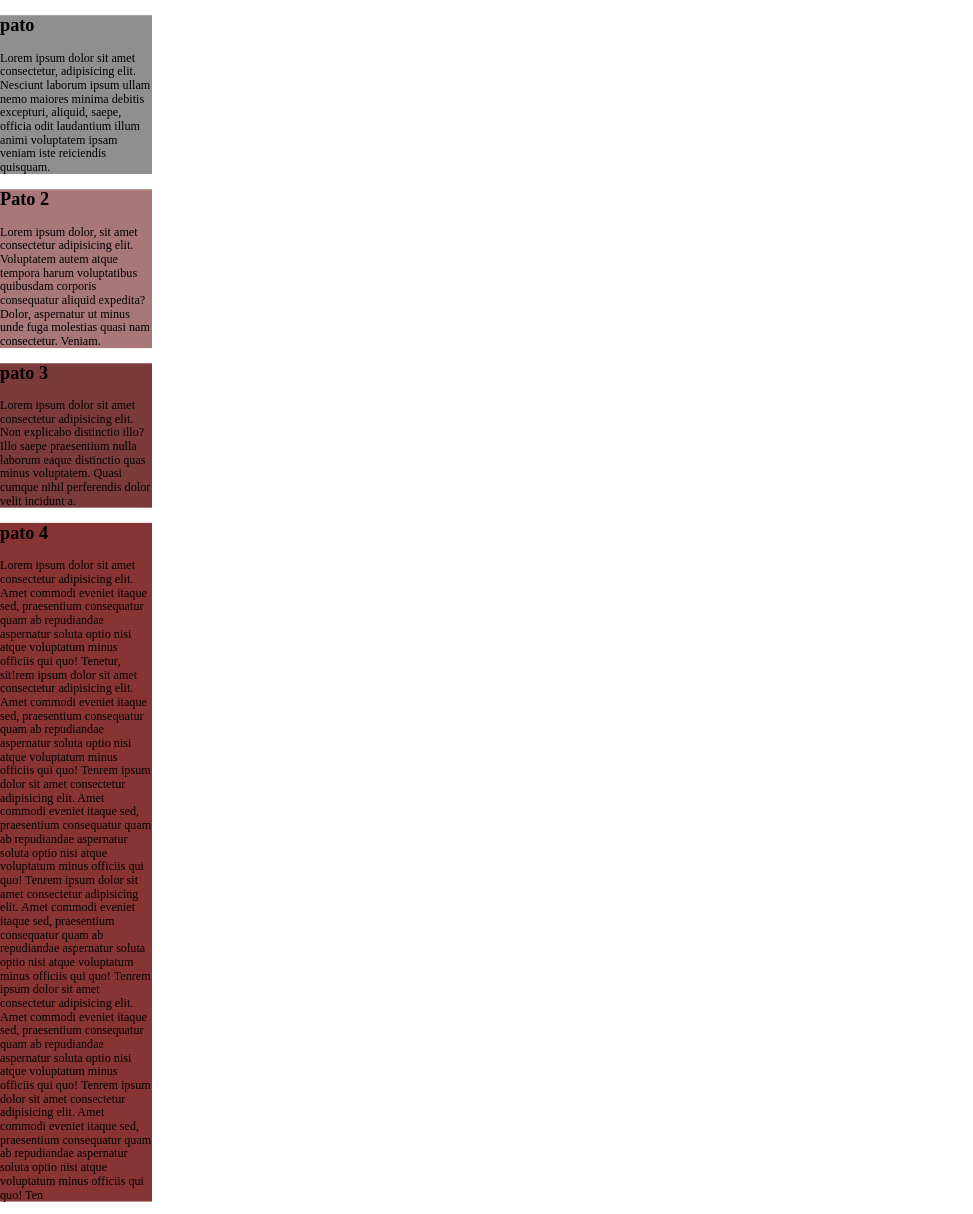
Repository: viviij/Fun-es-Simples-JavaScript
Page: index.html
An editor plug-in stored every save of this project. The page is shown before and after the next save, followed by the edit.
The browser window is 1280 px wide. The pictures show the whole page, at 76% of full size.

Above is the page before, as saved 2022-08-25 20:49:23.

### index.html
<!DOCTYPE html>
<html lang="ptBR">
  <head>
    <meta charset="UTF-8">
    <meta http-equiv="X-UA-Compatible" content="IE=edge">
    <meta name="viewport" content="width=device-width, initial-scale=1.0">
    <link rel="stylesheet" href="styles.css">
    <title>Prova C3C</title>
  </head>
  <body>
    <div class="container">
      <section class="questao_1">
        <h1>pato</h1>
        <p>Lorem ipsum dolor sit amet consectetur, adipisicing elit. Nesciunt laborum ipsum ullam nemo maiores minima debitis excepturi, aliquid, saepe, officia odit laudantium illum animi voluptatem ipsam veniam iste reiciendis quisquam.</p>
      </section>

      <section class="questao_2">
        <h1>Pato 2</h1>
        <p>Lorem ipsum dolor, sit amet consectetur adipisicing elit. Voluptatem autem atque tempora harum voluptatibus quibusdam corporis consequatur aliquid expedita? Dolor, aspernatur ut minus unde fuga molestias quasi nam consectetur. Veniam.</p>
      </section>

      <section class="questao_3">
        <h1>pato 3</h1>
        <p>Lorem ipsum dolor sit amet consectetur adipisicing elit. Non explicabo distinctio illo? Illo saepe praesentium nulla laborum eaque distinctio quas minus voluptatem. Quasi cumque nihil perferendis dolor velit incidunt a.</p>
      </section>

      <section class="questao_4">
        <h1>pato 4</h1>
        <p>Lorem ipsum dolor sit amet consectetur adipisicing elit. Amet commodi eveniet itaque sed, praesentium consequatur quam ab repudiandae aspernatur soluta optio nisi atque voluptatum minus officiis qui quo! Tenetur, sit!rem ipsum dolor sit amet consectetur adipisicing elit. Amet commodi eveniet itaque sed, praesentium consequatur quam ab repudiandae aspernatur soluta optio nisi atque voluptatum minus officiis qui quo! Tenrem ipsum dolor sit amet consectetur adipisicing elit. Amet commodi eveniet itaque sed, praesentium consequatur quam ab repudiandae aspernatur soluta optio nisi atque voluptatum minus officiis qui quo! Tenrem ipsum dolor sit amet consectetur adipisicing elit. Amet commodi eveniet itaque sed, praesentium consequatur quam ab repudiandae aspernatur soluta optio nisi atque voluptatum minus officiis qui quo! Tenrem ipsum dolor sit amet consectetur adipisicing elit. Amet commodi eveniet itaque sed, praesentium consequatur quam ab repudiandae aspernatur soluta optio nisi atque voluptatum minus officiis qui quo! Tenrem ipsum dolor sit amet consectetur adipisicing elit. Amet commodi eveniet itaque sed, praesentium consequatur quam ab repudiandae aspernatur soluta optio nisi atque voluptatum minus officiis qui quo! Ten</p>
      </section>
    </div>
    <script src="Prova_Segunda_Etapa_C3C.js"></script>
  </body>
</html>

### styles.css
body {
  margin: 0;
  padding: 0;
  box-sizing: border-box;
}

.container section {
  max-height: auto;
  max-width: 200px;
}

.container .questao_1 {
  background: #8f8f8f;
}

.container .questao_2 {
  background: #a87777
}

.container .questao_3 {
  background: #7c3b3b
}

.container .questao_4 {
  background: #893434
}

Loaded but not shown: Prova_Segunda_Etapa_C3C.js (no stored copy; drawn as an empty file)

After the next save:
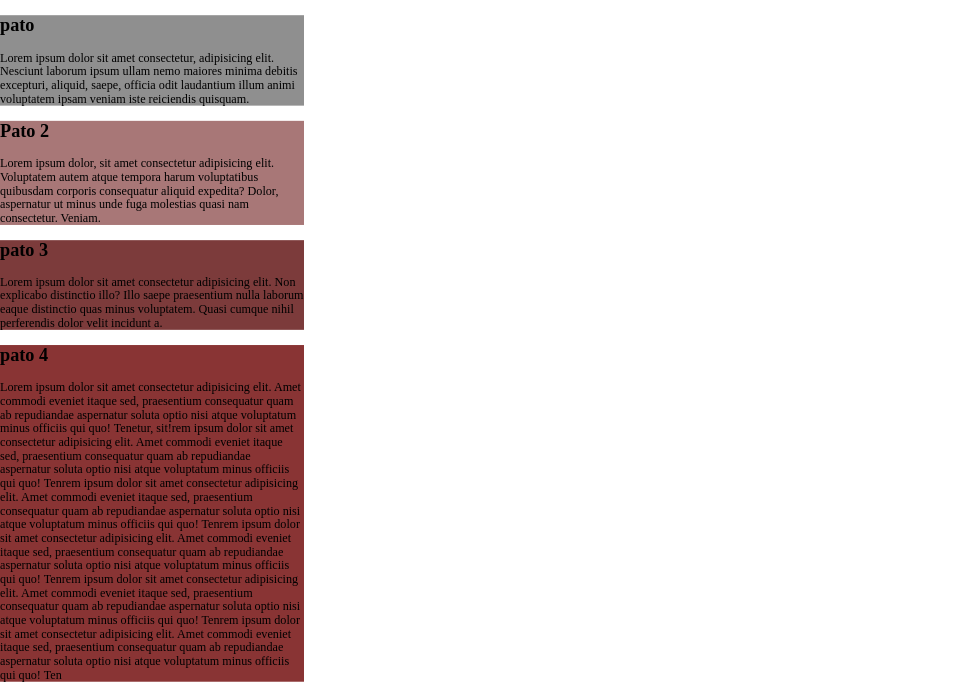
Saved 12 s later.
--- a/styles.css
+++ b/styles.css
@@ -6,7 +6,7 @@
 
 .container section {
   max-height: auto;
-  max-width: 200px;
+  max-width: 400px;
 }
 
 .container .questao_1 {
